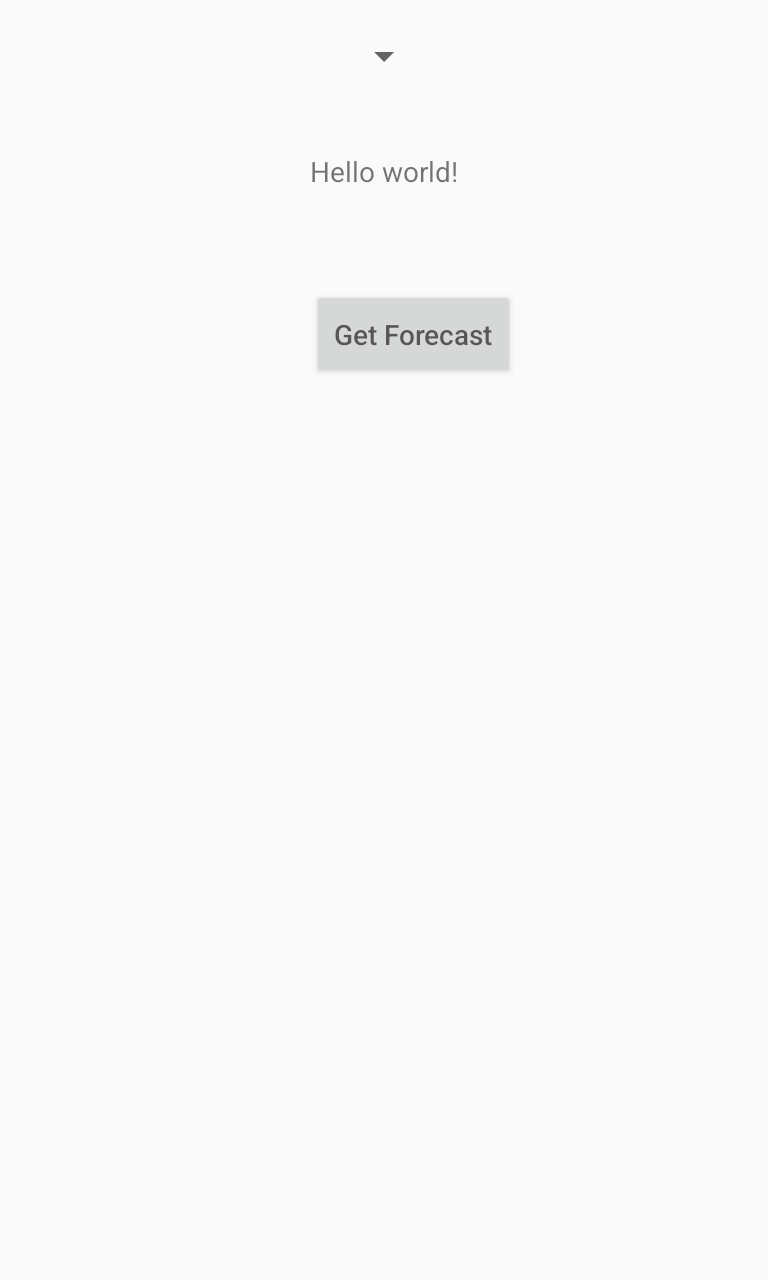
Repository: g80349/Java1
Layout: Week2/Weather/res/layout/activity_main.xml
These files come from the project's save history. The layout is drawn as it stood at one moment and after the next save; the edit follows.
It is drawn on a 768 x 1280 px phone screen (xhdpi) without system bars, with theme AppTheme; the app's code is not run.

Above is the layout before, as saved 2014-04-09 02:04:29.

### Week2/Weather/res/layout/activity_main.xml
<RelativeLayout xmlns:android="http://schemas.android.com/apk/res/android"
    xmlns:tools="http://schemas.android.com/tools"
    android:layout_width="match_parent"
    android:layout_height="match_parent"
    android:paddingBottom="@dimen/activity_vertical_margin"
    android:paddingLeft="@dimen/activity_horizontal_margin"
    android:paddingRight="@dimen/activity_horizontal_margin"
    android:paddingTop="@dimen/activity_vertical_margin"
    tools:context="com.example.weather.MainActivity$PlaceholderFragment" >

    <Spinner
        android:id="@+id/location_array"
        android:layout_width="wrap_content"
        android:layout_height="wrap_content"
        android:layout_alignParentTop="true"
        android:layout_centerHorizontal="true"
        android:hint = "@array/location_array" />

    <TextView
        android:id="@+id/textView2"
        android:layout_width="wrap_content"
        android:layout_height="wrap_content"
        android:layout_below="@+id/location_array"
        android:layout_centerHorizontal="true"
        android:layout_marginTop="36dp"
        android:text="@string/hello_world" />

    <Button
        android:id="@+id/enter"
        android:layout_width="wrap_content"
        android:layout_height="wrap_content"
        android:layout_alignLeft="@+id/textView2"
        android:layout_below="@+id/textView2"
        android:layout_marginTop="48dp"
        android:hint="@string/enter_button" />

</RelativeLayout>

### Week2/Weather/res/values/strings.xml
<?xml version="1.0" encoding="utf-8"?>
<resources>

    <string name="app_name">Weather</string>
    <string name="hello_world">Hello world!</string>
    <string name="action_settings">Settings</string>
    <string-array name = "location_array">
        <item>Las Vegas</item>
        <item>Henderson</item>
        <item>North Las Vegas</item>
        <item>Stateline</item>
    </string-array>
    <string name="enter_button">Get Forecast</string>

</resources>

Loaded but not shown: Week2/Weather/res/values/styles.xml (common file); Week2/Weather/res/values-v11/styles.xml (common file); Week2/Weather/res/values-v14/styles.xml (common file); Week2/Weather/res/values/dimens.xml (common file); Week2/Weather/res/values-w820dp/dimens.xml (common file)

After the next save:
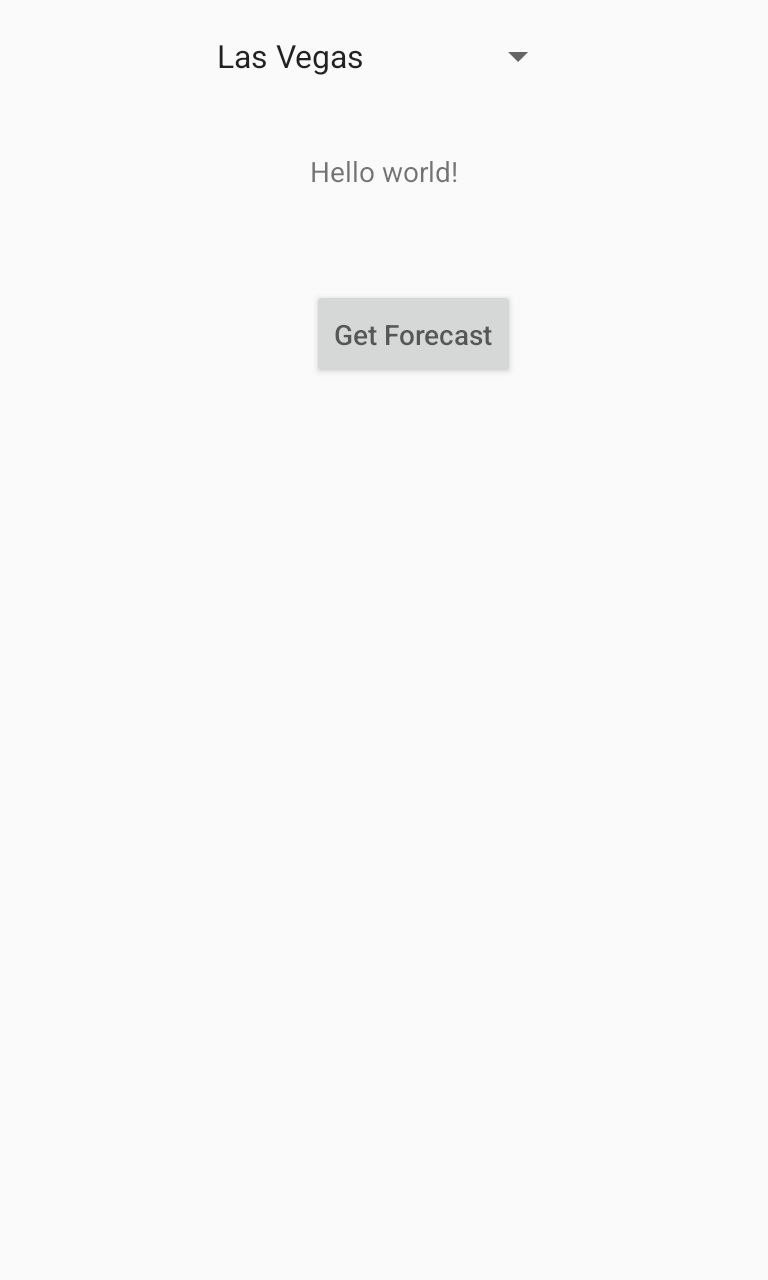
Saved 7 s later.
--- a/Week2/Weather/res/layout/activity_main.xml
+++ b/Week2/Weather/res/layout/activity_main.xml
@@ -14,7 +14,7 @@
         android:layout_height="wrap_content"
         android:layout_alignParentTop="true"
         android:layout_centerHorizontal="true"
-        android:hint = "@array/location_array" />
+        android:entries = "@array/location_array" />
 
     <TextView
         android:id="@+id/textView2"
